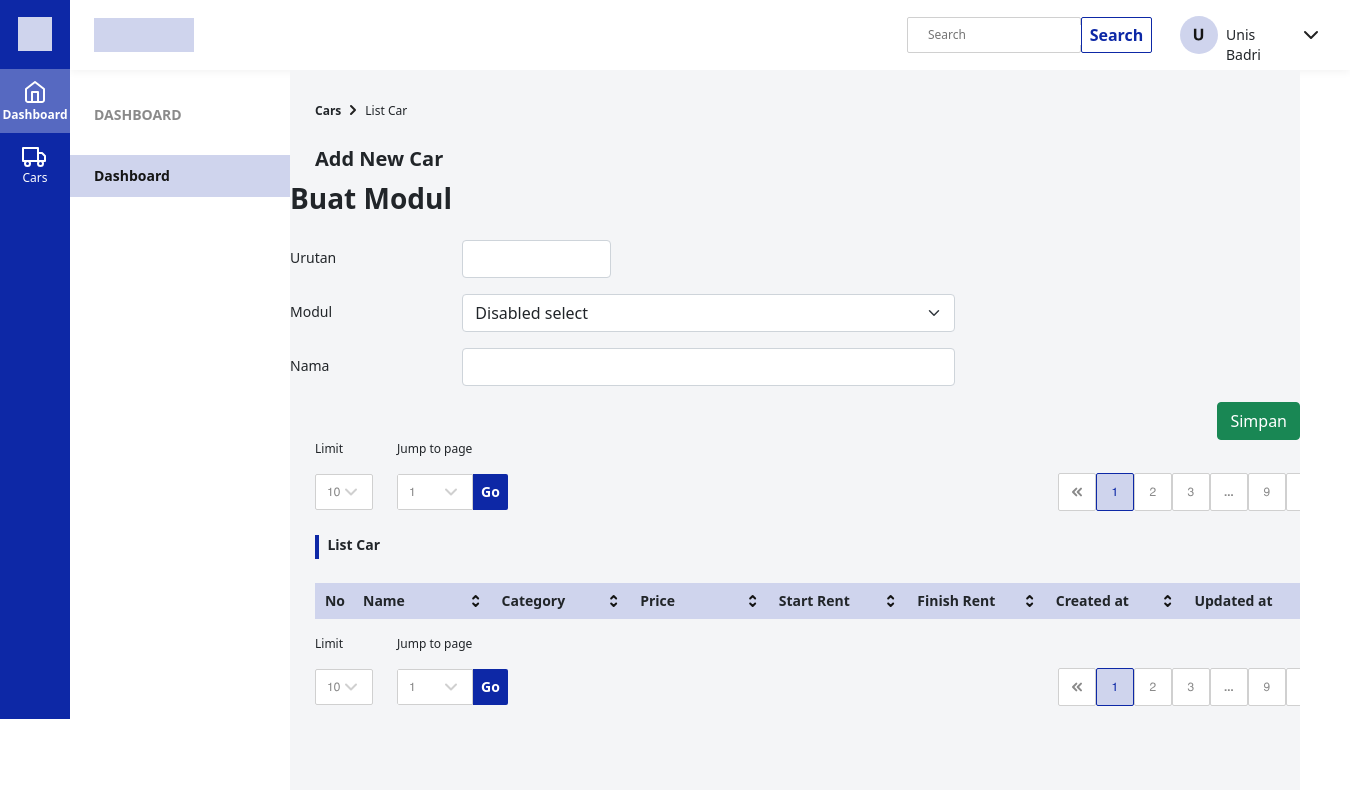
Repository: farrelmuhammad/challenge-7-binar
Page: /carlist/add
The author's editor kept a copy of each file at every save. The page is drawn from the files as they stood at one save, then again after the next save.
The browser window is 1280 px wide. The page is 1350 px wide, so the pictures cover 1350 px, including what lies to the right of the window. The pictures show the whole page.
The project was rebuilt for these pictures with package versions that can differ from the ones it lists, and the page was loaded fresh each time. Also part of the build but not shown: src/component/navbar.js, src/component/header.js, src/component/footer.js, src/App.js, src/component/admin/Dashboard/index.jsx, src/pages/admin/Dashboard.js, src/component/admin/Cars/index.jsx, src/pages/admin/CarsList.js and 2 more.

Above is the page before, as saved 2022-05-27 21:05:05.

### src/index.css
body {
  font-family: Helvetica Neue, Helvetica, Arial, sans-serif;
  font-style: normal;
  font-weight: normal;
  font-size: 14px;
  line-height: 20px;
  margin: 0;
  padding: 0;
}

h1,
h2,
h3,
h4,
h5 {
  line-height: 150%;
}

.header{
  background-color: #F1F3FF;
}

.footer i {
  color: #0D28A6;
  font-size: x-large;
}

.bg-darkblue{
  background-color: #0D28A6;
}

.logo {
  background-color: #0D28A6;
  width: 100px;
  height: 34px;
}

code {
  font-family: source-code-pro, Menlo, Monaco, Consolas, 'Courier New',
    monospace;
}

.card-cari {
  width: 1047px;
  /* height: 106px; */
  margin-top: -50px;
  z-index: 2;
}
.button-cari {
  width: 92px !important;
  margin-top: 30px;
  height: 36px;
}
.activeCari {
  height: 100%;
  width: 0;
  position: fixed;
  z-index: 2;
  top: 0;
  left: 0;
  background-color: rgba(0, 0, 0, 0.5);
  overflow-x: hidden;
  transition: 0.5s;
  padding-top: 34px;
}

### src/component/admin/Navbar.jsx
import { Link } from 'react-router-dom';
import './Navbar.css';

const Navbar = () => {
  return (
    <header>
      {/* navbar top */}
      <div className="nav-top navbar">
        <div className="logo"></div>
        <span
          className="icon-menu iconify"
          data-icon="charm:menu-hamburger"
          data-width="24"
        ></span>
        <form className="nav-search d-flex">
          <div className="box-search">
            <span
              className="iconify"
              data-icon="akar-icons:search"
              data-width="18"
            ></span>
            <input type="search" placeholder="Search" />
          </div>
          <button className="button-search" type="submit">
            Search
          </button>
        </form>
        <div className="profile">
          <img src="img/profile.svg" alt="profile" />
          <p>Unis Badri</p>
          <img className="dropdown" src="img/dropdown.svg" alt="dropdown" />
        </div>
      </div>

      {/* navbar side */}
      <div className="nav-side">
        <div className="nav-blue">
          <div className="square"></div>
          <div className="frame-menu">
            <div className="dash-img" id="active">
              <a href="/dashboard">
                <img src="/img/dashboard.svg" alt="dashboard" />
              </a>
              <a href="/dashboard">Dashboard</a>
            </div>
            <div className="dash-img">
              <Link to="/carlist">
              <a>
                <img src="/img/cars.svg" alt="cars" />
                Cars
              </a>
              </Link>
            </div>
          </div>
        </div>
        <div className="nav-white">
          <div className="title-menu">
            <h1>DASHBOARD</h1>
          </div>
          <div className="list-menu">
            <h1>Dashboard</h1>
          </div>
        </div>
      </div>
    </header>
  );
};

export default Navbar;

### src/component/admin/Navbar.css
h1 {
    font-size: 14px;
    line-height: 20px;
}

header .nav-top {
    position: absolute;
    width: 1280px;
    height: 70px;
    left: 70px;
    right: 0;
    top: 0px;
    box-shadow: 0px 2px 8px rgba(0, 0, 0, 0.05);
}

header .nav-top .logo {
    position: absolute;
    width: 100px;
    height: 34px;
    left: 24px;
    top: 18px;
    background: #CFD4ED;
}

header .nav-top .icon-menu {
    position: absolute;
    width: 24px;
    height: 24px;
    left: 244px;
    top: 23px;
}

header .nav-top .nav-search {
    display: flex;
    flex-direction: row;
    align-items: flex-start;
    padding: 0px;
    position: absolute;
    width: 245px;
    height: 36px;
    left: 837px;
    top: 17px;
}

header .nav-top .nav-search .box-search {
    display: flex;
    flex-direction: row;
    align-items: center;
    padding-left: 12px;
    width: 174px;
    height: 36px;
    border: 1px solid #D0D0D0;
    border-radius: 2px;
    font-size: 12px;
    line-height: 18px;
    color: #8A8A8A;
}

header .nav-top .nav-search .box-search > input {
    border: none;
    outline: none;
    padding-left: 8px;
}

header .nav-top .nav-search .button-search {
    display: flex;
    flex-direction: row;
    justify-content: center;
    align-items: center;
    padding: 8px 12px;
    width: 71px;
    height: 36px;
    background-color: white;
    border: 1px solid #0D28A6;
    border-radius: 2px;
    font-weight: 700;
    color:#0D28A6;
}

header .nav-top .profile {
    display: flex;
    flex-direction: row;
    align-items: center;
    position: absolute;
    width: 143px;
    height: 38px;
    left: 1110px;
    right: 24px;
    top: 16px;
}

header .nav-top .profile > p {
    position: absolute;
    width: 65px;
    height: 20px;
    left: 46px;
    top: 9px;
    font-weight: 400;
    font-size: 14px;
    line-height: 20px;
}

header .nav-top .profile .dropdown {
    position: absolute;
    width: 24px;
    height: 24px;
    left: 119px;
    top: 7px;
}

header .nav-side {
    position: absolute;
    width: 290px;
    height: 100%;
    left: 0px;
    top: -1px;
}

header .nav-side .nav-blue {
    position: absolute;
    left: 0%;
    right: 75.86%;
    top: 0%;
    bottom: 0%;
    background: #0D28A6;
}

header .nav-side .nav-blue .square {
    position: absolute;
    width: 34px;
    height: 34px;
    left: 18px;
    top: 18px;
    background: #CFD4ED;
}

header .nav-side .nav-blue .frame-menu {
    display: flex;
    flex-direction: column;
    align-items: flex-start;
    padding: 0px;
    position: absolute;
    width: 70px;
    height: 128px;
    left: 0px;
    top: 70px;
}

header .nav-side .nav-blue .frame-menu .dash-img {
    display: flex;
    flex-direction: column;
    justify-content: center;
    align-items: center;
    padding: 20px 23px;
    position: static;
    width: 70px;
    height: 64px;
    left: 0px;
    top: 0px;
}

#active {
    font-weight: 700;
    background: rgba(255, 255, 255, 0.3);
}

header .nav-side .nav-blue .frame-menu .dash-img a {
    font-size: 12px;
    line-height: 18px;
    margin-top: 2px;
    text-decoration: none;
    color: white;
}

header .nav-side .nav-blue img:last-child {
    margin-top: 0;
}

header .nav-side .nav-white {
    position: absolute;
    left: 24.14%;
    right: 0%;
    top: 7.76%;
    bottom: 0.22%;
}

header .nav-side .nav-white .title-menu {
    position: absolute;
    width: 220px;
    height: 42px;
    left: 24px;
    top: 50px;
}

header .title-menu h1 {
    font-weight: 700;
    color: #8A8A8A;
    left: 24px;
}

header .nav-side .nav-white .list-menu {
    position: static;
    margin-top: 100px;
    width: 220px;
    height: 42px;
    padding: 11px 24px;
    background: #CFD4ED;
}

header .list-menu h1 {
    font-weight: 700;
    color: #151515;
    left: 24px;
}

### src/component/admin/Dashboard/Content.css
.content {
    position: absolute;
    overflow: auto;
    left: 290px;
    top: 70px;
    /* width: 1280px; */
    height: 100%;
    background: #F4F5F7;
    font-size: 14px;
    line-height: 20px;
}

.content .breadcrumb {
    position: absolute;
    width: 300px;
    height: 18px;
    left: 25px;
    top: 32px;
}

.content .breadcrumb > h1 {
    font-size: 12px;
    line-height: 18px;
    font-weight: 700;
}

.content .breadcrumb > p {
    font-size: 12px;
    line-height: 18px;
    font-weight: 300;
}

.content .breadcrumb > img {
    width: 16px;
    height: 16px;
    margin-left: 4px;
    margin-right: 4px;
}

.content .title-h1 {
    font-size: 20px;
    line-height: 30px;
    font-weight: 700;
    margin-left: 25px;
    margin-top:74px;
}

.content .list-order {
    margin-top: 24px;
    position: absolute;
    width: 79px;
    height: 24px;
    margin-left: 25px;
}

.content .list-order > img {
    width: 4px;
    height: 24px;
}

.content .list-order > h1 {
    float: right;
    font-weight: 700;
    margin-left: 8px;
}

.content .list-table table {
    margin-left: 25px;
    margin-top: 72px;
    width: 100%;
    table-layout: fixed;
    background-color: white;
    border: 1px solid none;
    border-radius: 2px;
}

.content .list-table table thead {
    background-color: rgba(207, 212, 237, 1);
    font-weight: 700;
}

.content .list-table table thead th:first-child {
    width: 40px;
}

.content .list-table table thead th > img {
    float: right;
}

.content .table-nav {
    display: flex;
    flex-direction: row;
    width: 1010px;
    font-size: 12px;
    line-height: 18px;
    font-weight: 300;
}

.content .table-nav .limit-nav{
    margin-left: 25px;
}

.content .table-nav .limit-nav p {
    font-size: 12px;
    line-height: 18px;
}

.content .table-nav .jump-nav {
    margin-left: 24px;
}

.content .table-nav .jump-nav p {
    font-size: 12px;
    line-height: 18px;
}

.content .table-nav .go-nav {
    width: 43px;
    height: 36px;
    margin-top: 34px;
    background: #0D28A6;
    border-radius: 0px 2px 2px 0px;
}

.content .table-nav .go-nav > h1 {
    text-align: center;
    font-weight: bold;
    color: white;
    padding: 8px 8px;
}

.content .table-nav .page-number {
    margin-top: 33px;
    margin-left: 550px;
}

.content .list-car {
    margin-top: 24px;
    position: absolute;
    width: 65px;
    height: 24px;
    margin-left: 25px;
}

.content .list-car > img {
    width: 4px;
    height: 24px;
}

.content .list-car > h1 {
    float: right;
    font-weight: 700;
    margin-left: 8px;
}

.content .title-button-car {
    display: inline-flex;
}

.content .title-button-car > h1 {
    margin-right: 800px;
}

.content .title-button-car > a img {
    margin-top: 74px;
}

.content .button-category {
    margin-top: 24px;
    margin-left: 8px;
    display: inline-flex;
}

.content .button-category img {
    margin-left: 16px;
}

.content .cars-card {
    width: 320px;
    height: 482px;
    margin-left: 25px;
    margin-top: 24px;
    box-shadow: 0px 0px 4px rgba(0, 0, 0, 0.15);
    border-radius: 8px;
}

.content .cars-card .card-img-top {
    width: 270px;
    height: 160px;
    margin: auto;
    margin-top: 55px;
}

.content .cars-card .card-body {
    padding: 24px;
}

.content .cars-card .card-body .bold-h1 {
    font-weight: 700;
    font-size: 16px;
    line-height: 24px;
    margin-bottom: 0;
}

.content .cars-card .card-body-text {
    display: inline-flex;
    width: 303px;
    height: 20px;
    margin-top: 16px;
}

.content .cars-card .card-body-text img {
    margin-right: 8px;
    width: 20px;
    height: 20px;
}

.content .cars-card .button-card {
    display: inline-flex;
    margin-left: 8px;
    margin-top: 24px;
}

.content .cars-card .button-card img {
    width: 120px;
}

.content .cars-card .button-card img:last-child {
    margin-left: 16px;
}

.content .form-add-new-car {
    width: 1010px;
    height: 350px;
    background: white;
    margin-top: 32px;
    margin-left: 25px;
}

.content .form-add-new-car .content-form {
    padding-top: 16px;
    padding-left: 25px;
    font-weight: 300;
    font-size: 12px;
    line-height: 18px;
}

.content .form-add-new-car .content-form label {
    width: 147px;
}

.content .form-add-new-car .content-form input {
    width: 339px;
    height:auto;
    border: 1px solid #D0D0D0;
    border-radius: 2px;
    color: #8A8A8A;
    font-weight: 300;
    font-size: 12px;
    line-height: 18px;
}

.content .form-add-new-car .content-form .content-box {
    margin-left: 4px;
}

.content .form-add-new-car .content-h1 h1 {
    display: inline-flex;
    margin-left: 25px;
    margin-top: 16px;
    font-weight: 300;
    font-size: 12px;
    line-height: 18px;
}

.content .form-add-new-car .content-h1 h1:first-child {
    width: 147px;
}

.content .form-add-new-car .content-h1 h1:last-child {
    margin-left: 8px;
}

.content .button-form {
    display: inline-flex;
    margin-left: 9px;
}

.content .button-form img {
    margin-left: 16px;
    margin-top: 282px;
    margin-bottom: 40px;
}

### src/component/admin/Cars/Content.css
.content {
    position: absolute;
    overflow: auto;
    left: 290px;
    top: 70px;
    /* width: 1280px; */
    height: 100%;
    background: #F4F5F7;
    font-size: 14px;
    line-height: 20px;
}

.content .breadcrumb {
    position: absolute;
    width: 300px;
    height: 18px;
    left: 25px;
    top: 32px;
}

.content .breadcrumb > h1 {
    font-size: 12px;
    line-height: 18px;
    font-weight: 700;
}

.content .breadcrumb > p {
    font-size: 12px;
    line-height: 18px;
    font-weight: 300;
}

.content .breadcrumb > img {
    width: 16px;
    height: 16px;
    margin-left: 4px;
    margin-right: 4px;
}

.content .title-h1 {
    font-size: 20px;
    line-height: 30px;
    font-weight: 700;
    margin-left: 25px;
    margin-top:74px;
}

.content .list-order {
    margin-top: 24px;
    position: absolute;
    width: 79px;
    height: 24px;
    margin-left: 25px;
}

.content .list-order > img {
    width: 4px;
    height: 24px;
}

.content .list-order > h1 {
    float: right;
    font-weight: 700;
    margin-left: 8px;
}

.content .list-table table {
    margin-left: 25px;
    margin-top: 72px;
    width: 100%;
    table-layout: fixed;
    background-color: white;
    border: 1px solid none;
    border-radius: 2px;
}

.content .list-table table thead {
    background-color: rgba(207, 212, 237, 1);
    font-weight: 700;
}

.content .list-table table thead th:first-child {
    width: 40px;
}

.content .list-table table thead th > img {
    float: right;
}

.content .table-nav {
    display: flex;
    flex-direction: row;
    width: 1010px;
    font-size: 12px;
    line-height: 18px;
    font-weight: 300;
}

.content .table-nav .limit-nav{
    margin-left: 25px;
}

.content .table-nav .limit-nav p {
    font-size: 12px;
    line-height: 18px;
}

.content .table-nav .jump-nav {
    margin-left: 24px;
}

.content .table-nav .jump-nav p {
    font-size: 12px;
    line-height: 18px;
}

.content .table-nav .go-nav {
    width: 43px;
    height: 36px;
    margin-top: 34px;
    background: #0D28A6;
    border-radius: 0px 2px 2px 0px;
}

.content .table-nav .go-nav > h1 {
    text-align: center;
    font-weight: bold;
    color: white;
    padding: 8px 8px;
}

.content .table-nav .page-number {
    margin-top: 33px;
    margin-left: 550px;
}

.content .list-car {
    margin-top: 24px;
    position: absolute;
    width: 65px;
    height: 24px;
    margin-left: 25px;
}

.content .list-car > img {
    width: 4px;
    height: 24px;
}

.content .list-car > h1 {
    float: right;
    font-weight: 700;
    margin-left: 8px;
}

.content .title-button-car {
    display: inline-flex;
}

.content .title-button-car > h1 {
    margin-right: 800px;
}

.content .title-button-car > a img {
    margin-top: 74px;
}

.content .button-category {
    margin-top: 24px;
    margin-left: 8px;
    display: inline-flex;
}

.content .button-category img {
    margin-left: 16px;
}

.content .cars-card {
    width: 320px;
    height: 482px;
    margin-left: 25px;
    margin-top: 24px;
    box-shadow: 0px 0px 4px rgba(0, 0, 0, 0.15);
    border-radius: 8px;
}

.content .cars-card .card-img-top {
    width: 270px;
    height: 160px;
    margin: auto;
    margin-top: 55px;
}

.content .cars-card .card-body {
    padding: 24px;
}

.content .cars-card .card-body .bold-h1 {
    font-weight: 700;
    font-size: 16px;
    line-height: 24px;
    margin-bottom: 0;
}

.content .cars-card .card-body-text {
    display: inline-flex;
    width: 303px;
    height: 20px;
    margin-top: 16px;
}

.content .cars-card .card-body-text img {
    margin-right: 8px;
    width: 20px;
    height: 20px;
}

.content .cars-card .button-card {
    display: inline-flex;
    margin-left: 8px;
    margin-top: 24px;
}

.content .cars-card .button-card img {
    width: 120px;
}

.content .cars-card .button-card img:last-child {
    margin-left: 16px;
}

.content .form-add-new-car {
    width: 1010px;
    height: 350px;
    background: white;
    margin-top: 32px;
    margin-left: 25px;
}

.content .form-add-new-car .content-form {
    padding-top: 16px;
    padding-left: 25px;
    font-weight: 300;
    font-size: 12px;
    line-height: 18px;
}

.content .form-add-new-car .content-form label {
    width: 147px;
}

.content .form-add-new-car .content-form input {
    width: 339px;
    height:auto;
    border: 1px solid #D0D0D0;
    border-radius: 2px;
    color: #8A8A8A;
    font-weight: 300;
    font-size: 12px;
    line-height: 18px;
}

.content .form-add-new-car .content-form .content-box {
    margin-left: 4px;
}

.content .form-add-new-car .content-h1 h1 {
    display: inline-flex;
    margin-left: 25px;
    margin-top: 16px;
    font-weight: 300;
    font-size: 12px;
    line-height: 18px;
}

.content .form-add-new-car .content-h1 h1:first-child {
    width: 147px;
}

.content .form-add-new-car .content-h1 h1:last-child {
    margin-left: 8px;
}

.content .button-form {
    display: inline-flex;
    margin-left: 9px;
}

.content .button-form img {
    margin-left: 16px;
    margin-top: 282px;
    margin-bottom: 40px;
}

.container-car {
    display: grid;
    grid-template-columns: repeat(3, 1fr);
}

.card {
    display: flex;
    flex-direction: column;
    align-items: flex-start;
    padding: 24px;
    gap: 24px;

    background: #FFFFFF;
    /* Shadow/Low */

    box-shadow: 0px 0px 4px rgba(0, 0, 0, 0.15);
    border-radius: 8px;
    margin: 20px;
    padding: 1em;
}

.image img{
    width: 100%;
    height: 200px;
    object-fit: cover;
}

.img-placeholder {
    width: 100%;
    height: 200px;
    background-color: #ebebeb;
}

.info {
    padding: 1em 0;
}

.price {
    font-weight: bold;
}

.info ul li {
    list-style-type: none;
}

Loaded but not shown: public/index.html (common file); src/app/store.js (common file); src/reportWebVitals.js (common file); src/features/counter/counterAPI.js (common file); src/features/counter/counterSlice.js (73 lines, source omitted); src/Routes.js (25 lines, source omitted); src/index.js (26 lines, source omitted); src/pages/admin/AddCar.js (14 lines, source omitted); src/component/admin/Cars/add/index.jsx (148 lines, source omitted)

After the next save:
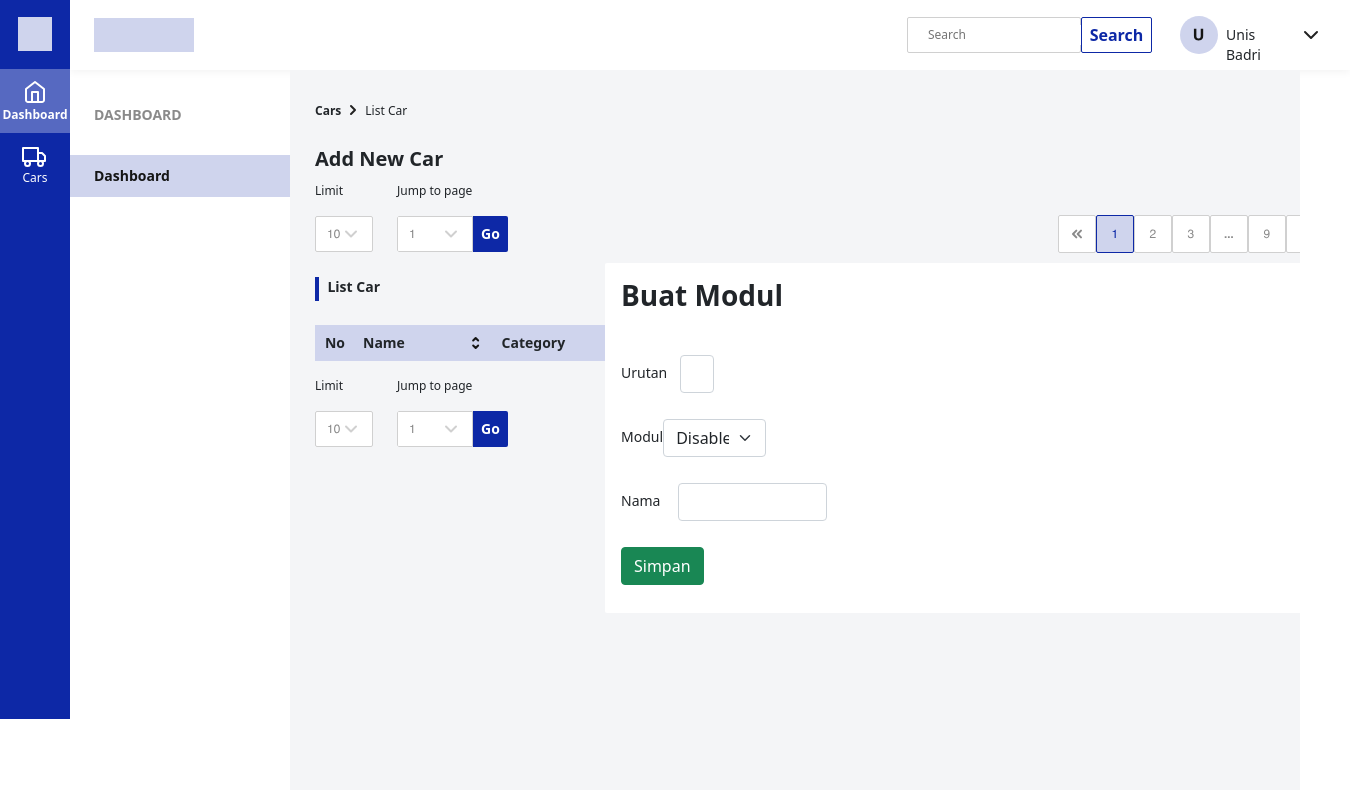
Saved 16 s later.
--- a/src/component/admin/Cars/Content.css
+++ b/src/component/admin/Cars/Content.css
@@ -336,3 +336,20 @@
 .info ul li {
     list-style-type: none;
 }
+
+.form-input {
+    display: flex;
+flex-direction: column;
+align-items: flex-start;
+padding: 16px;
+gap: 10px;
+
+position: absolute;
+width: 1100px;
+height: 350px;
+left: 315px;
+top: 193px;
+
+background: #FFFFFF;
+border-radius: 2px;
+}
